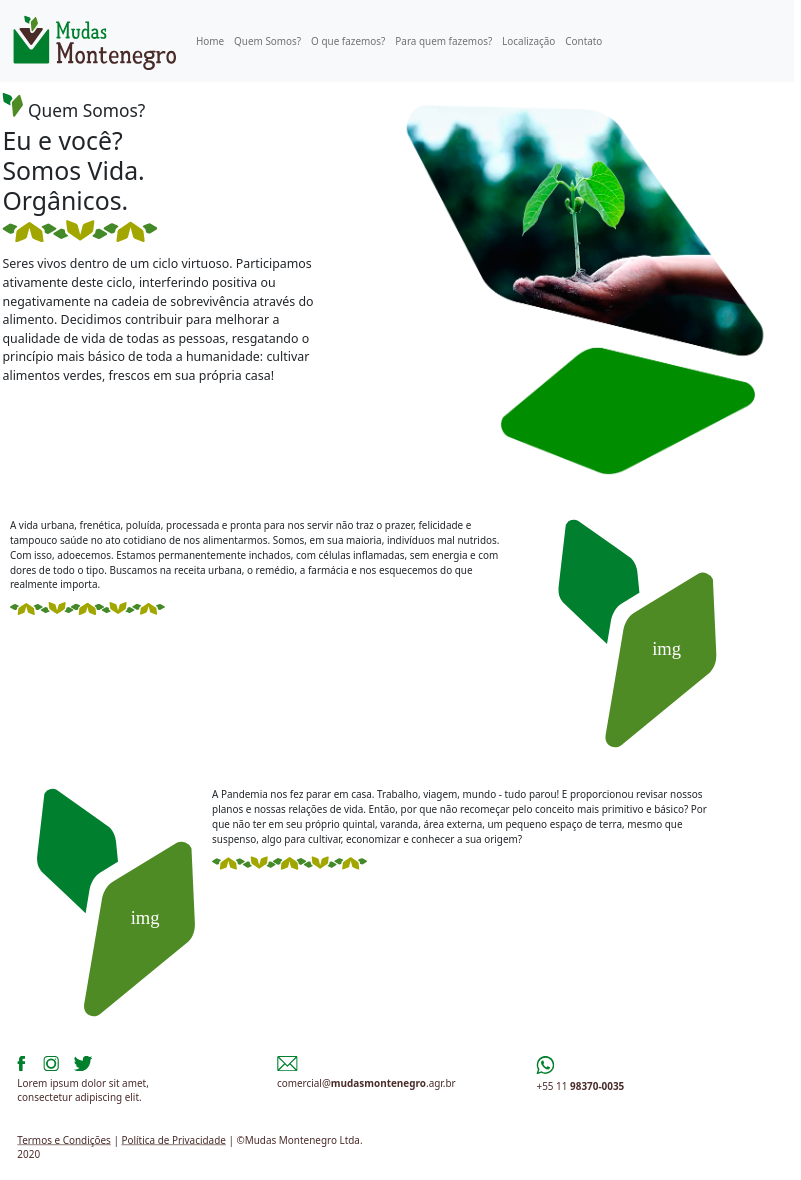
Repository: MaKnok/mudas-montenegro
Page: quem-somos.html
An editor plug-in stored every save of this project. The page is shown before and after the next save, followed by the edit.
The browser window is 1280 px wide. The page is 1292 px wide, so the pictures cover 1292 px, including what lies to the right of the window. The pictures show the whole page, at 62% of full size.
Some web libraries are served in a nearby version.

Above is the page before, as saved 2021-06-17 12:53:12.

### quem-somos.html
<!DOCTYPE html>
<html lang="pt-br">

<head>
    <meta charset="utf-8">
    <meta name="viewport" content="width=device-width, initial-scale=1">
    <link rel="icon" type="image/png" href="img/icons/favicon.png"/>
    <title>Mudas Montenegro</title>
    <link href="https://cdn.jsdelivr.net/npm/bootstrap@5.0.1/dist/css/bootstrap.min.css" rel="stylesheet" integrity="sha384-+0n0xVW2eSR5OomGNYDnhzAbDsOXxcvSN1TPprVMTNDbiYZCxYbOOl7+AMvyTG2x" crossorigin="anonymous">
    <script src="https://use.fontawesome.com/releases/v5.0.8/js/all.js"></script>
    <link href="style.css" rel="stylesheet">
</head>

<body>

<!-- Navigation -->
<nav class="navbar navbar-expand-md navbar-light bg-light sticky-top">

  <div class="container-fluid">

      <a class="navbar-brand logo" href="index.html"><img src="img/logo_mudas_mont.svg" alt="Mudas Montenegro"></a>

      <button class="navbar-toggler" type="button" data-toggle="collapse" data-target="#navbarResponsive">
          <span class="navbar-toggler-icon"></span>
      </button>

      <div class="collapse navbar-collapse" id="navbarResponsive">
       <ul class="navbar-nav ml-auto">
            <li class="nav-item active">
              <a class="nav-link" href="index.html">Home</a>
          </li>
            <li class="nav-item">
              <a class="nav-link" href="quem-somos.html">Quem Somos?</a>
            </li>
            <li class="nav-item">
              <a class="nav-link" href="o-que-fazemos.html">O que fazemos?</a>
            </li>
            <li class="nav-item">
              <a class="nav-link" href="para-quem-fazemos.html">Para quem fazemos?</a>
            </li>
            <li class="nav-item">
              <a class="nav-link" href="localizacao.html">Localização</a>
            </li>
            <li class="nav-item">
              <a class="nav-link" href="contato.html">Contato</a>
            </li>
        </ul>
      </div>

  </div>

</nav>

<!--- Intro -->


<div class="row jumbotron section-top">

      <div class="col-xs-12 col-sm-12 col-md-4 col-lg-4 col-xl-5 content-top">

        <h3 class="page-title">Quem Somos?</h3>

        <h1 class="page-slogan">
          Eu e você?<br/>
          Somos Vida.<br/>
          Orgânicos.
        </h1>

        <img src="img/leaves_sections.svg" class="leaves-home">

        <p class="lead">
          Seres vivos dentro de um ciclo virtuoso. Participamos ativamente deste ciclo, interferindo positiva ou negativamente na cadeia de sobrevivência através do alimento. Decidimos contribuir para melhorar a qualidade de vida de todas
          as pessoas, resgatando o princípio mais básico de toda a humanidade: cultivar alimentos verdes, frescos em sua própria casa!
        </p>

      </div>

      <div class="col-xs-12 col-sm-12 col-md-8 col-lg-8 col-xl-7 image-top">

                <source srcset="img/leaves_desktop_img.webp 2x,img/leaves_desktop_img.webp"
                media="(min-width: 992px)"/>

                <img src="img/leaves_desktop_img.webp" class="img-fluid" alt="Muda">

      </div>

</div>




  <div class="container-fluid padding">

  <div class="row content">

    <div class="col-xs-12 col-sm-12 col-md-7 col-lg-7 col-xl-8">
      <p>
      A vida urbana, frenética, poluída, processada e pronta para nos servir não traz o prazer, felicidade e tampouco saúde no ato cotidiano de nos alimentarmos. Somos, em sua maioria, indivíduos mal nutridos.  Com isso, adoecemos. Estamos permanentemente inchados, com células inflamadas, sem energia e com dores de todo o tipo.
      Buscamos na receita urbana, o remédio, a farmácia e nos esquecemos do que realmente importa.
      </p>
      <img src="img/leaves_section_longer.svg" class="leaves-home">
    </div>

    <div class="col-xs-12 col-sm-12 col-md-4 col-lg-4 col-xl-3">
      <img src="img/img_temp.svg" class="float-left" alt="Vida urbana">
    </div>

  </div>




  <div class="container-fluid padding">

  <div class="row content pandemia">

    <div class="col-xs-12 col-sm-12 col-md-4 col-lg-4 col-xl-3 content-1">
        <img src="img/img_temp.svg" class="float-right" alt="Relações de Vida">
    </div>

    <div class="col-xs-12 col-sm-12 col-md-7 col-lg-7 col-xl-8 content-2">
        <p>
        A Pandemia nos fez parar em casa. Trabalho, viagem, mundo - tudo parou!
        E proporcionou revisar nossos planos e nossas relações de vida. Então, por que não recomeçar pelo conceito mais primitivo e básico? Por que não ter em seu próprio quintal, varanda, área externa, um pequeno espaço de terra, mesmo que suspenso, algo para cultivar, economizar e conhecer a sua origem?
        </p>
        <img src="img/leaves_section_longer.svg" class="leaves-home">
    </div>

  </div>

  </div>






<!--- Footer -->
<footer>

  <div class="container-fluid padding">

    <div class="row text-left">

      <div class="col-md-4">

        <ul class="social-icons">
            <li class="social-icon social-icon_first"><a href="#"><img src="img/icons/facebook.svg"></a></li>
            <li class="social-icon social-icon_second"><a href="#"><img src="img/icons/instagram.svg"></a></li>
            <li class="social-icon social-icon_third"><a href="#"><img src="img/icons/twitter.svg"></a></li>
        </ul>
        <p>Lorem ipsum dolor sit amet, <br/>consectetur adipiscing elit.</p>

      </div>

      <div class="col-md-4">

        <img src="img/icons/mail.svg" class="contact-icon">
        <p>comercial@<span class="phrase-bold">mudasmontenegro</span>.agr.br</p>

      </div>

      <div class="col-md-4">

        <img src="img/icons/whatsapp.svg" class="contact-icon contact-icon-zap">
        <p>+55 11 <span class="phrase-bold">98370-0035</span></p>

      </div>

    </div>

    <div class="row text-left">
        <div class="col-md-6">
          <p class="terms-conditions"><a href="#">Termos e Condições</a> | <a href="#">Política de Privacidade</a> | ©Mudas Montenegro Ltda. 2020 </p>
        </div>
    </div>

  </div>

</footer>

</div>

<script src="https://cdn.jsdelivr.net/npm/bootstrap@5.0.1/dist/js/bootstrap.bundle.min.js" integrity="sha384-gtEjrD/SeCtmISkJkNUaaKMoLD0//ElJ19smozuHV6z3Iehds+3Ulb9Bn9Plx0x4" crossorigin="anonymous"></script>

</body>
</html>

### style.css
@import url("https://fonts.googleapis.com/css2?family=Fira+Sans:ital,wght@0,200;0,300;0,400;0,500;0,600;0,700;1,200;1,300;1,400;1,500;1,600;1,700&display=swap");

/*---Media Queries --*/

html {
  -webkit-box-sizing: border-box;
  -moz-box-sizing: border-box;
  box-sizing: border-box;
}

*,
*:before,
*:after {
  -webkit-box-sizing: border-box;
  -moz-box-sizing: border-box;
  box-sizing: inherit;
}

@media (min-width: 992px) {
  .leaves-home {
    width: 250px;
    margin-bottom: 20px;
  }

  .logo {
    width: 280px;
  }

  .phrase-home {
    font-size: 35px;
    line-height: 45px;
  }

  .carousel-caption {
    width: 550px;
    z-index: 10;
    color: #fff;
    text-align: left;
    top: 40%;
    left: 10%;
    bottom: auto;
    -webkit-transform: translate(0, -50%);
    -ms-transform: translate(0, -50%);
    transform: translate(0, -50%);
  }
}

@media (max-width: 991.98px) {
  .leaves-home {
    width: 190px;
    margin-bottom: 15px;
  }

  .logo {
    width: 220px;
  }

  .phrase-home {
    font-size: 30px;
    line-height: 40px;
  }

  .carousel-caption {
    width: 400px;
    z-index: 10;
    color: #fff;
    text-align: left;
    top: 35%;
    left: 10%;
    bottom: auto;
    -webkit-transform: translate(0, -50%);
    -ms-transform: translate(0, -50%);
    transform: translate(0, -50%);
  }
}

@media (max-width: 767.98px) {
  .carousel-caption {
    width: 400px;
    z-index: 10;
    color: #fff;
    text-align: left;
    top: 35%;
    left: 10%;
    bottom: auto;
    -webkit-transform: translate(0, -50%);
    -ms-transform: translate(0, -50%);
    transform: translate(0, -50%);
  }

  .leaves-home {
    width: 190px;
    margin-bottom: 20px;
  }

  .logo {
    width: 220px;
  }

  .pandemia {
    display: flex;
  }

  .pandemia > .content-2 {
    order: -1;
  }

  .phrase-home {
    font-size: 25px;
    line-height: 35px;
  }

  .section-top {
    display: flex;
  }

  .section-top > .image-top {
    order: -1;
  }
}

@media (max-width: 575.98px) {
  .carousel-caption {
    width: 200px;
    z-index: 10;
    color: #fff;
    text-align: left;
    top: 50%;
    left: 8%;
    bottom: auto;
    -webkit-transform: translate(0, -50%);
    -ms-transform: translate(0, -50%);
    transform: translate(0, -50%);
  }

  .leaves-home {
    width: 130px;
    margin-bottom: 10px;
  }

  .logo {
    width: 180px;
  }

  .phrase-home {
    font-size: 16px;
    line-height: 24px;
  }
}

/*---Firefox Bug Fix --*/
.carousel-item {
  transition: -webkit-transform 0.5s ease;
  transition: transform 0.5s ease;
  transition: transform 0.5s ease, -webkit-transform 0.5s ease;
  -webkit-backface-visibility: visible;
  backface-visibility: visible;
  background-color: #000;
}

/*--- Fixed Background Image --*/
figure {
  position: relative;
  width: 100%;
  height: 60%;
  margin: 0 !important;
}

footer {
  background-color: #fff;
  color: #492b28;
  line-height: 22px;
}

ul,
ol,
li {
  list-style: none;
}

ul {
  padding-inline-start: 0;
  margin-bottom: 0.5rem;
}

.fixed-wrap {
  clip: rect(0, auto, auto, 0);
  position: absolute;
  top: 0;
  left: 0;
  width: 100%;
  height: 100%;
}

#fixed {
  background-image: url("img/mac.png");
  position: fixed;
  display: block;
  top: 0;
  left: 0;
  width: 100%;
  height: 100%;
  background-size: cover;
  background-position: center center;
  -webkit-transform: translateZ(0);
  transform: translateZ(0);
  will-change: transform;
}
/*--- Bootstrap Padding Fix --*/
[class*="col-"] {
  padding: 1rem;
}

.carousel-caption {
  text-align: left;
}

.contact-icon {
  margin-bottom: 0.5rem;
}

.page-title {
  font-weight: ;
}

.page-title::before {
  content: "";
  display: inline-block;
  background-image: url(img/icons/leaves.svg);
  background-size: 33px 40px;
  width: 33px;
  height: 40px;
  margin-right: 8px;
}

.phrase-home {
  font-family: "Fira Sans", sans-serif;
}

.phrase-bold {
  font-weight: 600;
}

.picture-home {
  opacity: 0.7;
}

.section-top {
  background-color: #fff;
}

.social-icons {
  text-align: left;
}

.social-icon:not(:first-child) {
  margin-left: 20px;
}

.social-icon:first-child {
  margin-right: 5px;
}

.social-icon {
  display: inline-block;
}

.social-icon > a > img,
.contact-icon {
  height: 25px;
}

.contact-icon-zap {
  height: 30px;
}

.terms-conditions a {
  color: #492b28;
}

.wrapper {
  padding: 0 2em;
}

/*
Extra small (xs) devices (portrait phones, less than 576px)
No media query since this is the default in Bootstrap

Small (sm) devices (landscape phones, 576px and up)
@media (min-width: 576px) { ... }

Medium (md) devices (tablets, 768px and up)
@media (min-width: 768px) { ... }

Large (lg) devices (desktops, 992px and up)
@media (min-width: 992px) { ... }

Extra (xl) large devices (large desktops, 1200px and up)
@media (min-width: 1200px) { ... }
*/

After the next save:
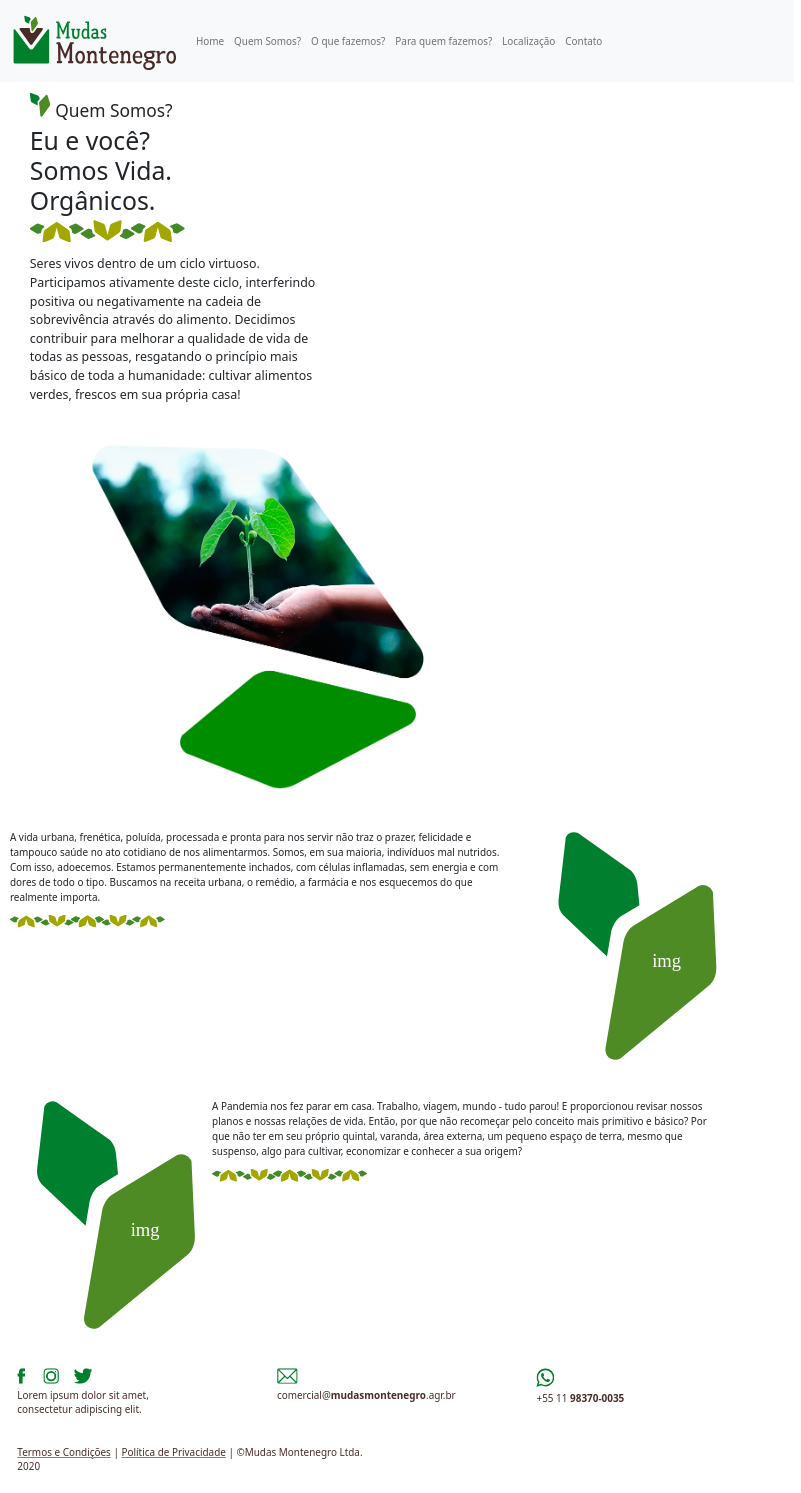
Saved 2 min 40 s later.
--- a/quem-somos.html
+++ b/quem-somos.html
@@ -56,31 +56,39 @@
 
 <div class="row jumbotron section-top">
 
-      <div class="col-xs-12 col-sm-12 col-md-4 col-lg-4 col-xl-5 content-top">
+      <div class="container-fluid">
 
-        <h3 class="page-title">Quem Somos?</h3>
+        <div class="wrapper">
 
-        <h1 class="page-slogan">
-          Eu e você?<br/>
-          Somos Vida.<br/>
-          Orgânicos.
-        </h1>
+          <div class="col-xs-12 col-sm-12 col-md-4 col-lg-4 col-xl-5 content-top">
 
-        <img src="img/leaves_sections.svg" class="leaves-home">
+            <h3 class="page-title">Quem Somos?</h3>
 
-        <p class="lead">
-          Seres vivos dentro de um ciclo virtuoso. Participamos ativamente deste ciclo, interferindo positiva ou negativamente na cadeia de sobrevivência através do alimento. Decidimos contribuir para melhorar a qualidade de vida de todas
-          as pessoas, resgatando o princípio mais básico de toda a humanidade: cultivar alimentos verdes, frescos em sua própria casa!
-        </p>
+            <h1 class="page-slogan">
+              Eu e você?<br/>
+              Somos Vida.<br/>
+              Orgânicos.
+            </h1>
 
-      </div>
+            <img src="img/leaves_sections.svg" class="leaves-home">
 
-      <div class="col-xs-12 col-sm-12 col-md-8 col-lg-8 col-xl-7 image-top">
+            <p class="lead">
+              Seres vivos dentro de um ciclo virtuoso. Participamos ativamente deste ciclo, interferindo positiva ou negativamente na cadeia de sobrevivência através do alimento. Decidimos contribuir para melhorar a qualidade de vida de todas
+              as pessoas, resgatando o princípio mais básico de toda a humanidade: cultivar alimentos verdes, frescos em sua própria casa!
+            </p>
 
-                <source srcset="img/leaves_desktop_img.webp 2x,img/leaves_desktop_img.webp"
-                media="(min-width: 992px)"/>
+          </div>
 
-                <img src="img/leaves_desktop_img.webp" class="img-fluid" alt="Muda">
+          <div class="col-xs-12 col-sm-12 col-md-8 col-lg-8 col-xl-7 image-top">
+
+                    <source srcset="img/leaves_desktop_img.webp 2x,img/leaves_desktop_img.webp"
+                    media="(min-width: 992px)"/>
+
+                    <img src="img/leaves_desktop_img.webp" class="img-fluid" alt="Muda">
+
+          </div>
+
+        </div>
 
       </div>
 
